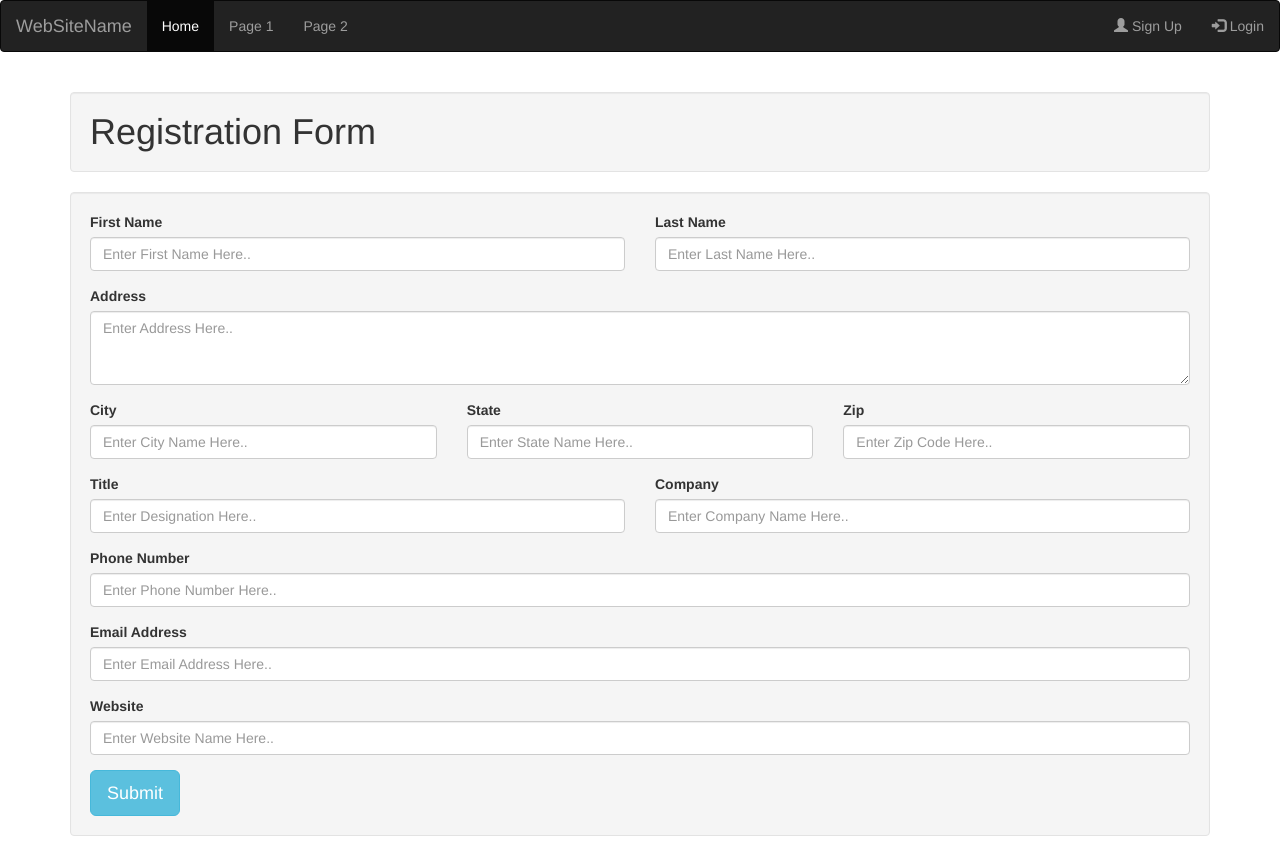
Repository: Karthi-Mano/AdvanceJavaPrograms
Page: http://localhost/BootStrapApp/RegisterPage.jsp
These files come from the project's save history. The page is drawn as it stood at one moment and after the next save; the edit follows.
The browser window is 1280 px wide. The pictures show the whole page.
The page is served by Tomcat 9.

Above is the page before, as saved 2018-03-28 07:14:49.

After the next save:
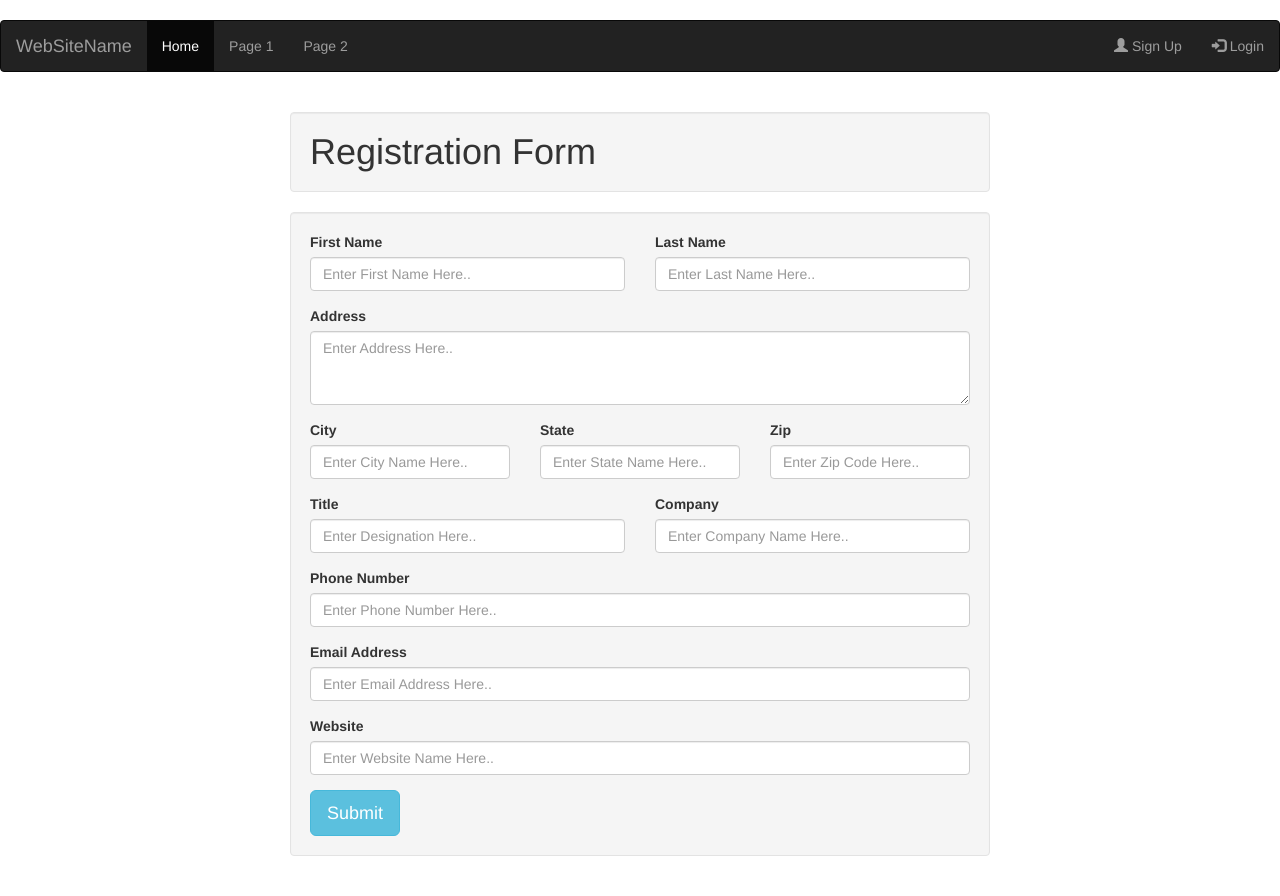
Saved 50 s later.
--- a/BootStrapApp/WebContent/RegisterPage.jsp
+++ b/BootStrapApp/WebContent/RegisterPage.jsp
@@ -5,6 +5,7 @@
 <head>
 <meta http-equiv="Content-Type" content="text/html; charset=ISO-8859-1">
 <title>Insert title here</title>
+<link rel="stylesheet" href="regcss.css" type="text/css"/>
 </head>
 <body>
 <jsp:include page="header.jsp"></jsp:include>
